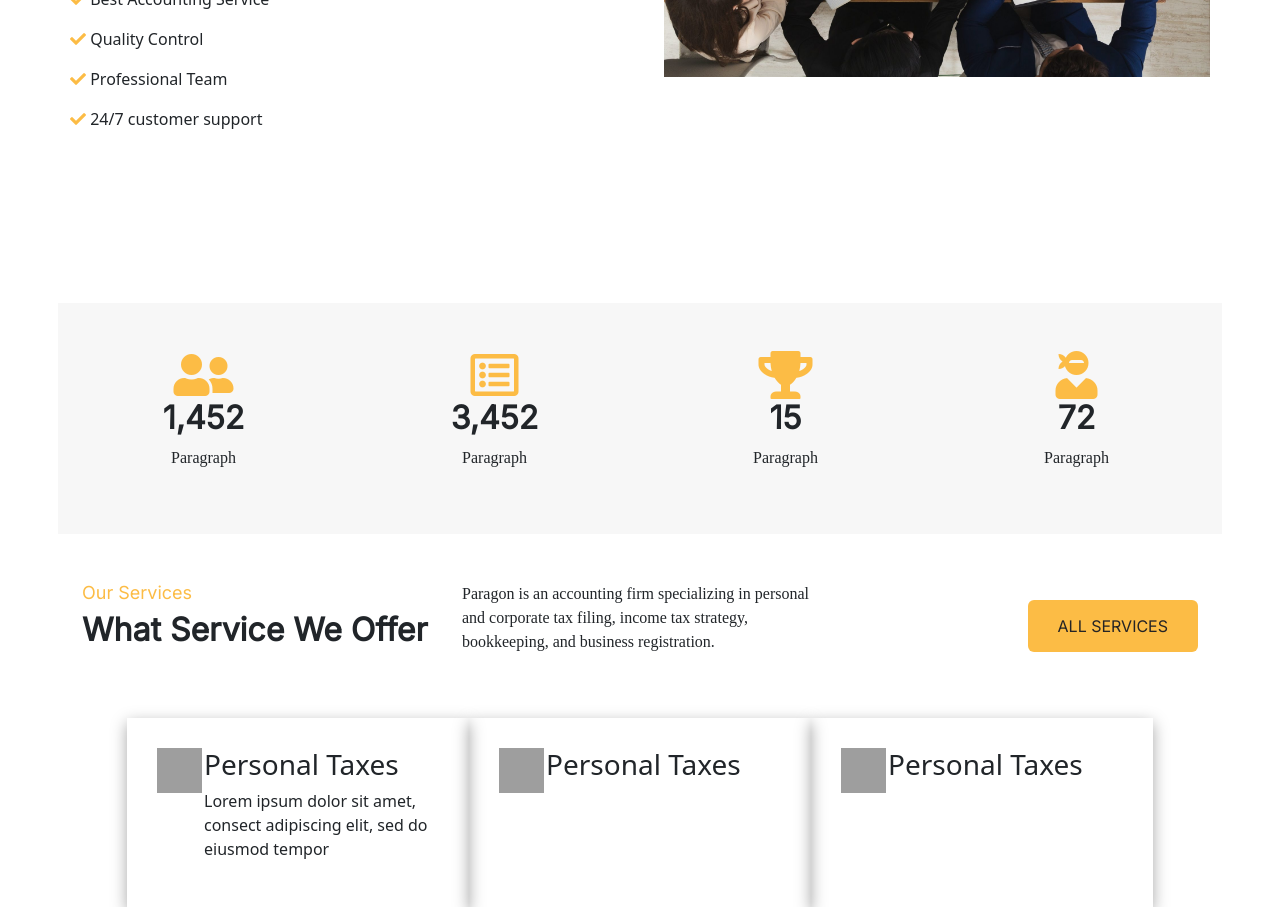
Repository: FailureMaster/paragonaccounting
Page: http://localhost/index.html
These files come from the project's save history. The page is drawn as it stood at one moment and after the next save; the edit follows.
The browser window is 1280 px wide. The pictures show the part of the page from y = 1330 to 2282 px (the page is 2237 px tall before and 2282 px after).
Pictures or frames that could not be fetched are drawn as grey boxes. Some web fonts or font styles are not loaded; a fallback is used. The page is run by PHP 8.4 with error messages shown; the project is at /var/www/html/.

Above is the page before, as saved 2022-12-21 00:42:35.

After the next save:
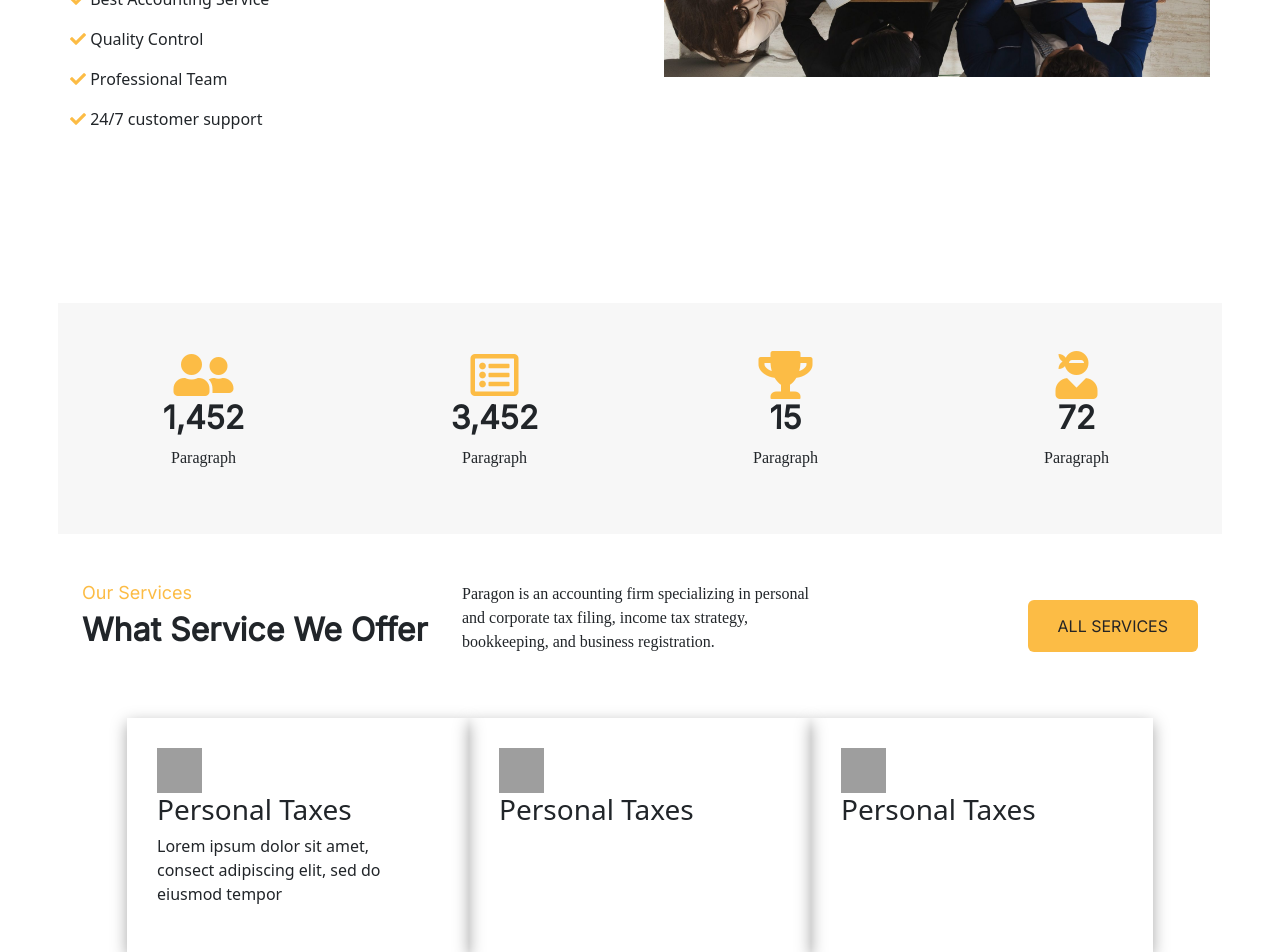
Saved 11 s later.
--- a/assets/css/styles.css
+++ b/assets/css/styles.css
@@ -167,6 +167,7 @@
 .service-offer .service-box {
   width: 30%;
   padding: 30px;
+  service-box
   display: flex;
   box-shadow: rgba(0, 0, 0, 0.35) 0px 5px 15px;
 

After the save that followed:
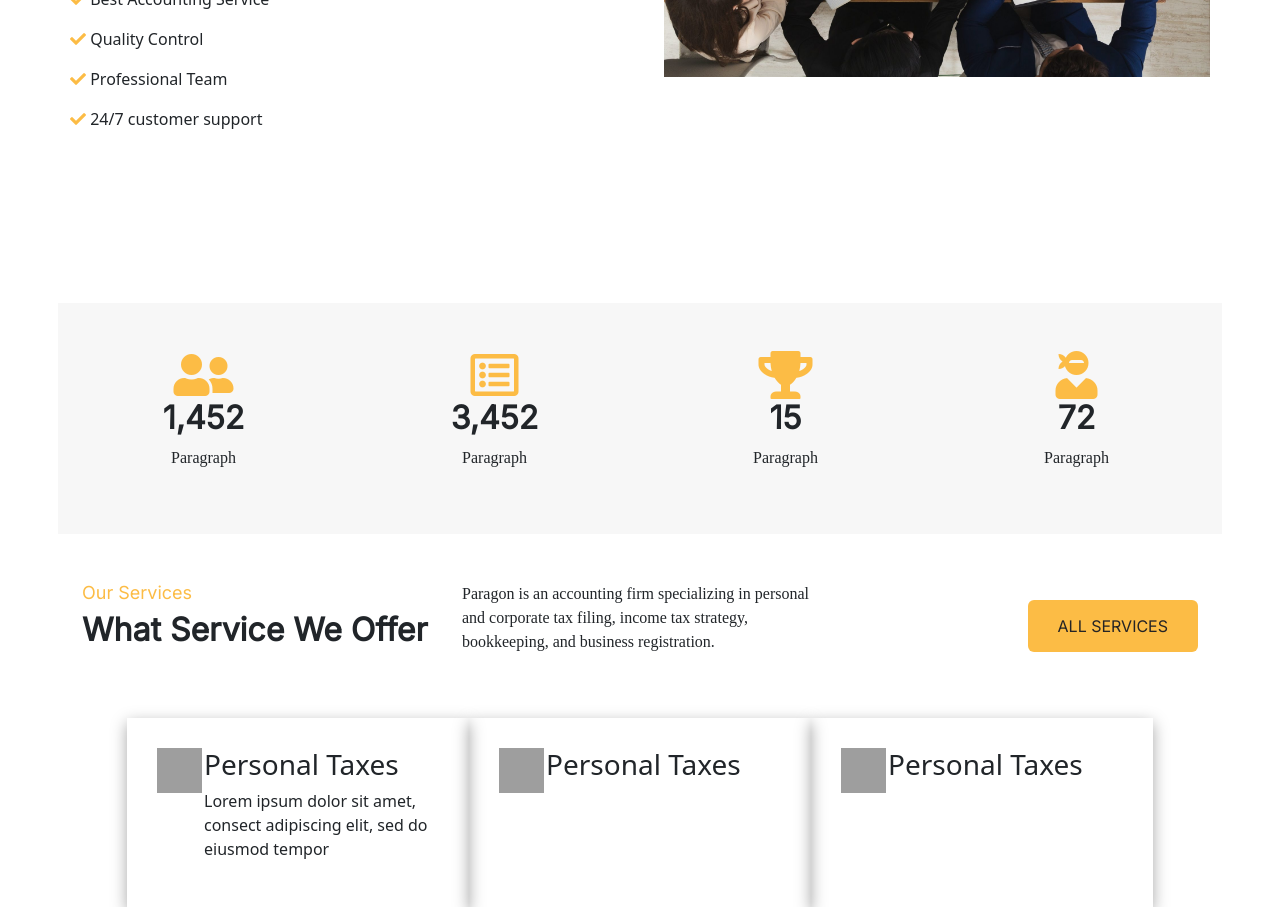
Saved 19 s later.
--- a/assets/css/styles.css
+++ b/assets/css/styles.css
@@ -167,7 +167,7 @@
 .service-offer .service-box {
   width: 30%;
   padding: 30px;
-  service-box
+  justify-content: space-between;
   display: flex;
   box-shadow: rgba(0, 0, 0, 0.35) 0px 5px 15px;
 
